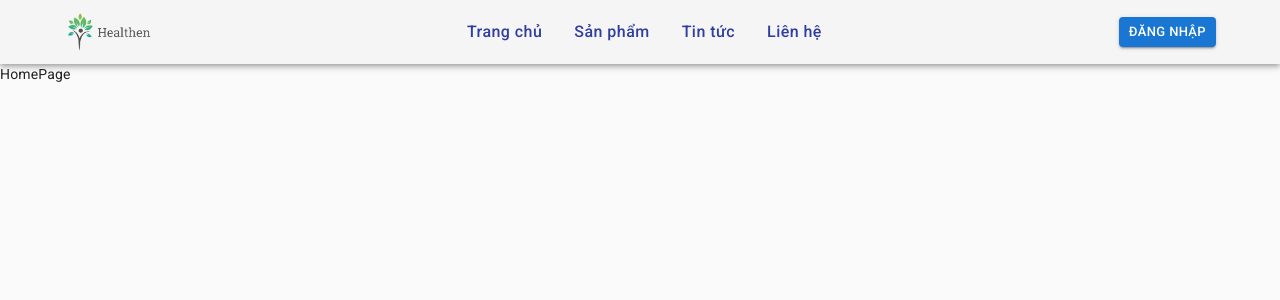
Repository: ndtrung341/Bao_Cao_PTW
Page: / (app in client/)
An editor plug-in stored every save of this project. The page is shown before and after the next save, followed by the edit.
The browser window is 1280 px wide. The pictures show the whole page.
The project was rebuilt for these pictures with package versions that can differ from the ones it lists, and the page was loaded fresh each time. Also part of the build but not shown: client/src/App.css, client/src/features/cart/index.jsx.

Above is the page before, as saved 2022-03-24 15:00:15.

### client/public/index.html
<!DOCTYPE html>
<html lang="en">
   <head>
      <meta charset="utf-8" />
      <link rel="icon" href="%PUBLIC_URL%/favicon.ico" />
      <meta name="viewport" content="width=device-width, initial-scale=1" />
      <meta name="theme-color" content="#000000" />
      <meta name="description" content="Web site created using create-react-app" />
      <link rel="apple-touch-icon" href="%PUBLIC_URL%/logo192.png" />
      <!--
      manifest.json provides metadata used when your web app is installed on a
      user's mobile device or desktop. See https://developers.google.com/web/fundamentals/web-app-manifest/
    -->
      <link rel="manifest" href="%PUBLIC_URL%/manifest.json" />
      <!--
      Notice the use of %PUBLIC_URL% in the tags above.
      It will be replaced with the URL of the `public` folder during the build.
      Only files inside the `public` folder can be referenced from the HTML.

      Unlike "/favicon.ico" or "favicon.ico", "%PUBLIC_URL%/favicon.ico" will
      work correctly both with client-side routing and a non-root public URL.
      Learn how to configure a non-root public URL by running `npm run build`.
    -->
      <link
         rel="stylesheet"
         href="https://fonts.googleapis.com/css?family=Roboto:300,400,500,700&display=swap"
      />
      <link rel="stylesheet" href="https://fonts.googleapis.com/icon?family=Material+Icons" />
      <title>React App</title>
   </head>
   <body>
      <noscript>You need to enable JavaScript to run this app.</noscript>
      <div id="root"></div>
      <!--
      This HTML file is a template.
      If you open it directly in the browser, you will see an empty page.

      You can add webfonts, meta tags, or analytics to this file.
      The build step will place the bundled scripts into the <body> tag.

      To begin the development, run `npm start` or `yarn start`.
      To create a production bundle, use `npm run build` or `yarn build`.
    -->
   </body>
</html>

### client/src/index.js
import React from 'react';
import ReactDOM from 'react-dom';
import './index.css';
import App from './App';
import reportWebVitals from './reportWebVitals';
import { CssBaseline } from '@material-ui/core';
import { BrowserRouter } from 'react-router-dom';

ReactDOM.render(
   <React.StrictMode>
      <BrowserRouter>
         <CssBaseline />
         <App />
      </BrowserRouter>
   </React.StrictMode>,
   document.getElementById('root')
);

// If you want to start measuring performance in your app, pass a function
// to log results (for example: reportWebVitals(console.log))
// or send to an analytics endpoint. Learn more: https://bit.ly/CRA-vitals
reportWebVitals();

### client/src/App.jsx
import './App.css';
import Header from './components/Header';
import { Route, Routes } from 'react-router-dom';
import React from 'react';
import CartFeature from 'features/cart';

const CollectionsFeature = React.lazy(() => import('features/collections'));
const ProductFeature = React.lazy(() => import('features/product'));
const HomePage = React.lazy(() => import('pages/HomePage'));

function App() {
   return (
      <>
         <Header />
         <React.Suspense fallback={''}>
            <Routes>
               <Route path='' element={<HomePage />} />
               <Route path='collections' element={<CollectionsFeature />} />
               <Route path='product/*' element={<ProductFeature />} />
               <Route path='cart/*' element={<CartFeature />}></Route>
            </Routes>
         </React.Suspense>
      </>
   );
}

export default App;

### client/src/components/Header/index.jsx
import React from 'react';
import AppBar from '@mui/material/AppBar';
import Box from '@mui/material/Box';
import Toolbar from '@mui/material/Toolbar';
import Container from '@mui/material/Container';
import HeaderLogo from './HeaderLogo';
import HeaderMenu from './HeaderMenu';
import HeaderRight from './HeaderRight';

const Header = () => {
   return (
      <AppBar position="static" color="default">
         <Container>
            <Toolbar disableGutters>
               <HeaderLogo />
               <HeaderMenu />
               <Box sx={{ flexGrow: 0, order: { xs: 2, md: 0 } }}>
                  <HeaderRight />
               </Box>
            </Toolbar>
         </Container>
      </AppBar>
   );
};

export default Header;

### client/src/pages/HomePage.jsx
import React from 'react';

const HomePage = () => {
   return <div>HomePage</div>;
};

export default HomePage;

### client/src/components/Header/HeaderLogo.jsx
import React from 'react';
import { Box } from '@mui/material';
import { LOGO } from 'constants';

const HeaderLogo = () => {
   return (
      <>
         <Box
            sx={{
               display: 'flex',
               flexGrow: { md: 0, xs: 1 },
               order: { md: 0, xs: 1 },
               mr: 2,
            }}
         >
            <img src={LOGO} alt="" width={90} />
         </Box>
      </>
   );
};

export default HeaderLogo;

### client/src/components/Header/HeaderMenu.jsx
import { Box, Button, IconButton, Menu, MenuItem, Typography } from '@mui/material';
import React from 'react';
import MenuIcon from '@mui/icons-material/Menu';
import { NAV_LINKS } from 'constants';
import { makeStyles } from '@material-ui/core';
import { NavLink } from 'react-router-dom';

const useStyles = makeStyles((theme) => ({
   menu: {
      color: theme.palette.text.secondary,
      justifyContent: 'center',
      '&>button': {
         margin: theme.spacing(0, 1),
         display: 'block',
         fontSize: theme.typography.htmlFontSize,
      },
   },
   link: {
      color: theme.palette.primary.dark,
      textTransform: 'none',
      textDecoration: 'none',
      '& .active': {
         color: 'red',
      },
   },
}));

const HeaderMenu = () => {
   const classes = useStyles();

   const [anchorElNav, setAnchorElNav] = React.useState(null);

   const handleOpenNavMenu = (event) => {
      setAnchorElNav(event.currentTarget);
   };

   const handleCloseNavMenu = () => {
      setAnchorElNav(null);
   };

   return (
      <>
         {/* MENU MOBILE */}
         <Box sx={{ flexGrow: 1, flexShrink: 0, display: { xs: 'flex', md: 'none' } }}>
            <IconButton
               size='large'
               aria-label='account of current user'
               aria-controls='menu-appbar'
               aria-haspopup='true'
               onClick={handleOpenNavMenu}
               color='inherit'
            >
               <MenuIcon />
            </IconButton>
            <Menu
               id='menu-appbar'
               anchorEl={anchorElNav}
               anchorOrigin={{
                  vertical: 'bottom',
                  horizontal: 'left',
               }}
               keepMounted
               transformOrigin={{
                  vertical: 'top',
                  horizontal: 'left',
               }}
               open={Boolean(anchorElNav)}
               onClose={handleCloseNavMenu}
               sx={{
                  display: { xs: 'block', md: 'none' },
               }}
            >
               {NAV_LINKS.map((item) => (
                  <MenuItem key={item.name} onClick={handleCloseNavMenu}>
                     <Typography textAlign='center'>{item.name}</Typography>
                  </MenuItem>
               ))}
            </Menu>
         </Box>
         {/* END MENU MOBILE */}

         {/* MENU */}
         <Box sx={{ flexGrow: 1, flexShrink: 0, display: { xs: 'none', md: 'flex' } }} className={classes.menu}>
            {NAV_LINKS.map((item) => (
               <Button key={item.name} onClick={handleCloseNavMenu}>
                  <NavLink to={item.path} className={classes.link}>
                     {item.name}
                  </NavLink>
               </Button>
            ))}
         </Box>
      </>
   );
};

export default HeaderMenu;

### client/src/components/Header/HeaderRight.jsx
import React, { useState } from 'react';
import { LogoutOutlined } from '@mui/icons-material';
import {
   Avatar,
   Button,
   Divider,
   IconButton,
   ListItemIcon,
   ListItemText,
   Menu,
   MenuItem,
   Tooltip,
} from '@mui/material';
import { SETTING_LINKS, AVATAR_DEFAULT } from 'constants';

const HeaderRight = () => {
   const [anchorElUser, setAnchorElUser] = useState(null);
   const isLoggedIn = false;

   const handleOpenUserMenu = (event) => {
      setAnchorElUser(event.currentTarget);
   };

   const handleCloseUserMenu = () => {
      setAnchorElUser(null);
   };

   if (!isLoggedIn) {
      return (
         <Button variant="contained" size="small">
            Đăng nhập
         </Button>
      );
   }

   return (
      <>
         <Tooltip title="Open settings">
            <IconButton onClick={handleOpenUserMenu} sx={{ p: 0 }}>
               <Avatar alt="Remy Sharp" src={AVATAR_DEFAULT} sx={{ width: 45, height: 45 }} />
            </IconButton>
         </Tooltip>
         <Menu
            id="menu-appbar"
            anchorEl={anchorElUser}
            anchorOrigin={{
               vertical: 'bottom',
               horizontal: 'right',
            }}
            keepMounted
            transformOrigin={{
               vertical: 'top',
               horizontal: 'right',
            }}
            open={Boolean(anchorElUser)}
            onClose={handleCloseUserMenu}
         >
            {SETTING_LINKS.map((setting) => (
               <MenuItem key={setting.name} onClick={handleCloseUserMenu}>
                  <ListItemIcon>{setting.icon}</ListItemIcon>
                  <ListItemText>{setting.name}</ListItemText>
               </MenuItem>
            ))}
            <Divider />
            <MenuItem>
               <ListItemIcon>
                  <LogoutOutlined />
               </ListItemIcon>
               <ListItemText>Đăng xuất</ListItemText>
            </MenuItem>
         </Menu>
      </>
   );
};

export default HeaderRight;

### client/src/constants/common.js
import InfoOutlinedIcon from '@mui/icons-material/InfoOutlined';
import AccountCircleOutlinedIcon from '@mui/icons-material/AccountCircleOutlined';

export const LOGO = require('assets/img/logo.png');
export const AVATAR_DEFAULT = require('assets/img/avatar-default.png');
export const NAV_LINKS = [
   {
      name: 'Trang chủ',
      path: '/',
   },
   {
      name: 'Sản phẩm',
      path: '/collections',
   },
   {
      name: 'Tin tức',
      path: '/blog',
   },
   {
      name: 'Liên hệ',
      path: '/contact',
   },
];

export const SETTING_LINKS = [
   {
      name: 'Thông tin cá nhân',
      path: '/user/profile',
      icon: <InfoOutlinedIcon />,
   },
   {
      name: 'Tài khoản',
      path: '/user/account',
      icon: <AccountCircleOutlinedIcon />,
   },
];

Loaded but not shown: client/src/index.css (common file); client/src/reportWebVitals.js (common file); client/src/constants/index.js (common file)

After the next save:
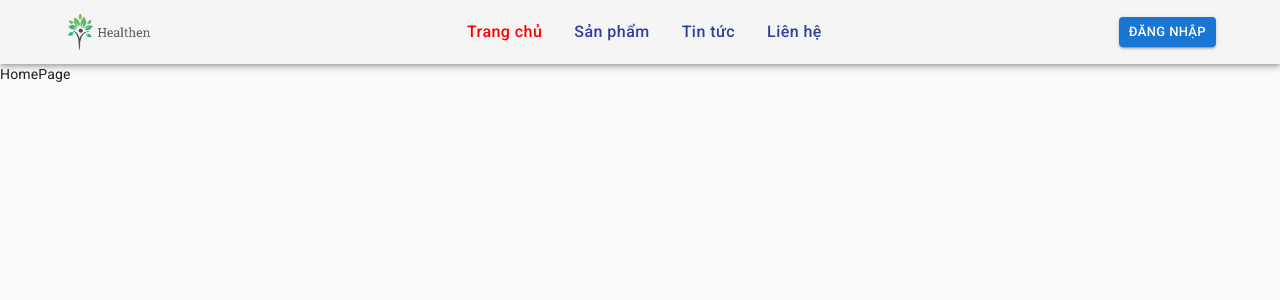
Saved 44 s later.
--- a/client/src/components/Header/HeaderMenu.jsx
+++ b/client/src/components/Header/HeaderMenu.jsx
@@ -19,7 +19,7 @@
       color: theme.palette.primary.dark,
       textTransform: 'none',
       textDecoration: 'none',
-      '& .active': {
+      '&.active': {
          color: 'red',
       },
    },
